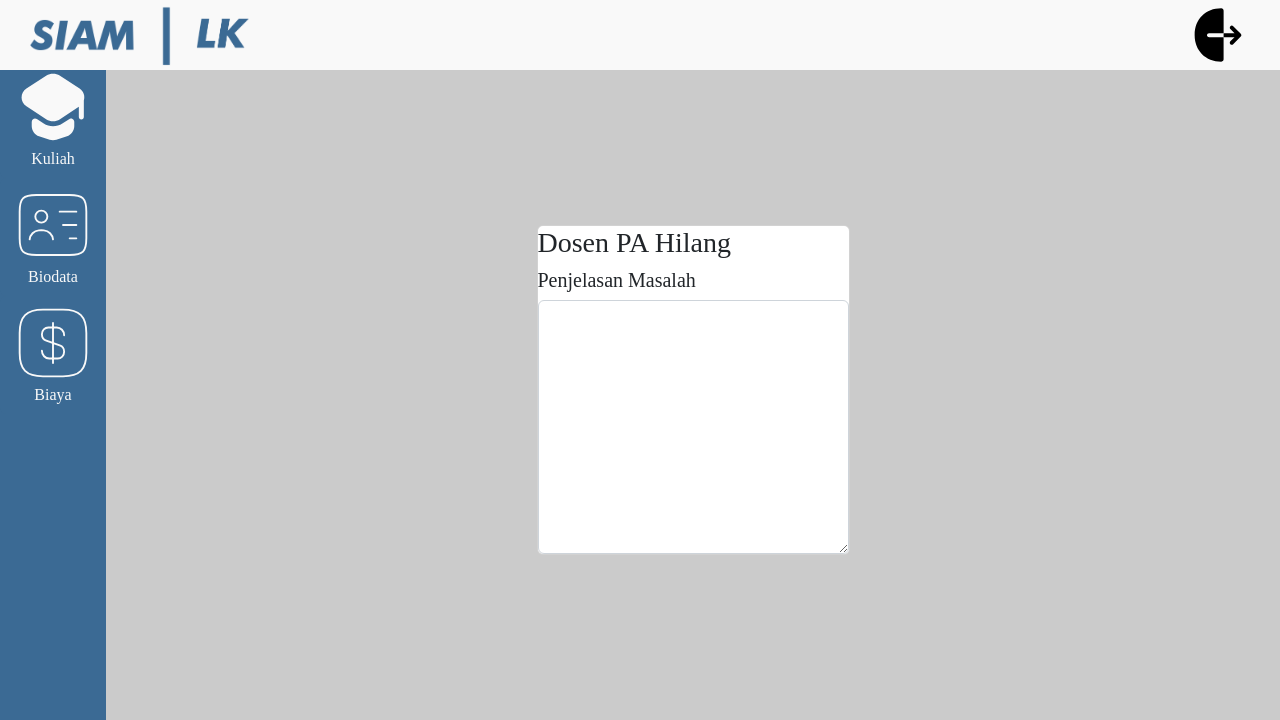
Repository: haikalirf/Project-IMK
Page: isitiket.html
These files come from the project's save history. The page is drawn as it stood at one moment and after the next save; the edit follows.
The browser window is 1280 px wide. The pictures show the whole page.
Some web fonts or font styles are not loaded; a fallback is used.

Above is the page before, as saved 2022-12-14 19:38:06.
Not found: scripts/.js

### isitiket.html
<!DOCTYPE html>
<html lang="en">
<head>
	<meta charset="UTF-8">
	<meta http-equiv="X-UA-Compatible" content="IE=edge">
	<meta name="viewport" content="width=device-width, initial-scale=1.0">
	<title>SIAM</title>
	<link rel="icon" href="/assets/logo_ub.ico">
	<link rel="stylesheet" href="https://cdn.jsdelivr.net/npm/bootstrap@5.2.3/dist/css/bootstrap.min.css" integrity="sha384-rbsA2VBKQhggwzxH7pPCaAqO46MgnOM80zW1RWuH61DGLwZJEdK2Kadq2F9CUG65" crossorigin="anonymous">
	<link rel="stylesheet" href="/styles/isitiket.css">
</head>
<body>
	<nav class="navbar" id="navbar">
		<div class="navbar-left">
			<a class="navbar-brand" href="/kuliah.html">
				<img class="navbar-image" src="/assets/SIAM.png" alt="SIAM">
			</a>
			<img src="/assets/Garis.svg" alt="">
			<a class="navbar-extra" href="kemahasiswaan.html">
				<img class="navbar-image" src="assets/LK.png" alt="Layanan Kemahasiswaan">
			</a>
		</div>
		<a class="navbar-link" href="landing.html">
			<img id="navbar-image" src="/assets/Logout.svg" alt="Logout">
		</a>
	</nav>
	<div class="mh-100" id="sidebar">
		<a class="btn" href="kuliah.html">
			<img id="sidebar-kuliah" src="/assets/Kuliah Logo.svg" alt="Kuliah">
			<label for="sidebar-kuliah">Kuliah</label>
		</a>
		<a class="btn" href="">
			<img id="sidebar-biodata" src="/assets/Biodata Logo Kosong.svg" alt="Biodata">
			<label for="sidebar-biodata">Biodata</label>
		</a>
		<a class="btn" href="">
			<img id="sidebar-biaya" src="/assets/Biaya Logo Kosong.svg" alt="Biaya">
			<label for="sidebar-biaya">Biaya</label>
		</a>
	</div>
	<main>
		<div class="card">
			<h3>Dosen PA Hilang</h3>
			<div class="form-group">
				<h5>Penjelasan Masalah</h5>
				<textarea  class="form-control" name="" id="" cols="30" rows="10"></textarea>
			</div>
		</div>
	</main>
	<script src="https://cdn.jsdelivr.net/npm/bootstrap@5.2.3/dist/js/bootstrap.bundle.min.js" integrity="sha384-kenU1KFdBIe4zVF0s0G1M5b4hcpxyD9F7jL+jjXkk+Q2h455rYXK/7HAuoJl+0I4" crossorigin="anonymous"></script>
	<script src="/scripts/.js"></script>
</body>
</html>

### styles/isitiket.css
/* CSS Reset */
/*
	Josh's Custom CSS Reset
	https://www.joshwcomeau.com/css/custom-css-reset/
*/
*, *::before, *::after {
	box-sizing: border-box;
}
  * {
	margin: 0;
}
html, body {
	height: 100%;
}
body {
	line-height: 1.5;
	-webkit-font-smoothing: antialiased;
}
img, picture, video, canvas, svg {
	display: block;
	max-width: 100%;
}
input, button, textarea, select {
	font: inherit;
}
p, h1, h2, h3, h4, h5, h6 {
	overflow-wrap: break-word;
}
#root, #__next {
	isolation: isolate;
}
/* CSS Reset ends */

body {
	background-color: #cbcbcb;
	font-family: 'readex';
	font-size: 16px;
}

@font-face {
	font-family: 'readex';
	src:url('/assets/fonts/ReadexPro-Medium.ttf');
}

#navbar {
	display: flex;
	justify-content: space-between;
	position: fixed;
	background-color: #f9f9f9;
	z-index: 1;
	width: 100%;
	padding: 0px 30px;
}

.navbar-left {
	display: flex;
	align-items: center;
}

.navbar-image {
	height: 50px;
}

.navbar-extra {
	padding-bottom: 5px;
	margin-left: 15px;
}

main {
	padding-top: 60px;
	padding-left: 106px;
	display: flex;
	flex-direction: column;
	justify-content: center;
	align-items: center;
	height: 100vh;
	gap: 20px;
}

#sidebar {
	background-color: #3b6a94;
	display: flex;
	flex-direction: column;
	flex: 1;
	position: fixed;
	height: 100vh;
	padding-top: 60px;
}

#sidebar a:hover {
	background-color: #266093;
}

#sidebar img {
	width: 80px;
	height: 80px;
}

a img, a label {
	color: #f9f9f9;
}

.btn {
	background-color: #3b6a94;
}

.btn:hover {
	background-color: #266093;
}

After the next save:
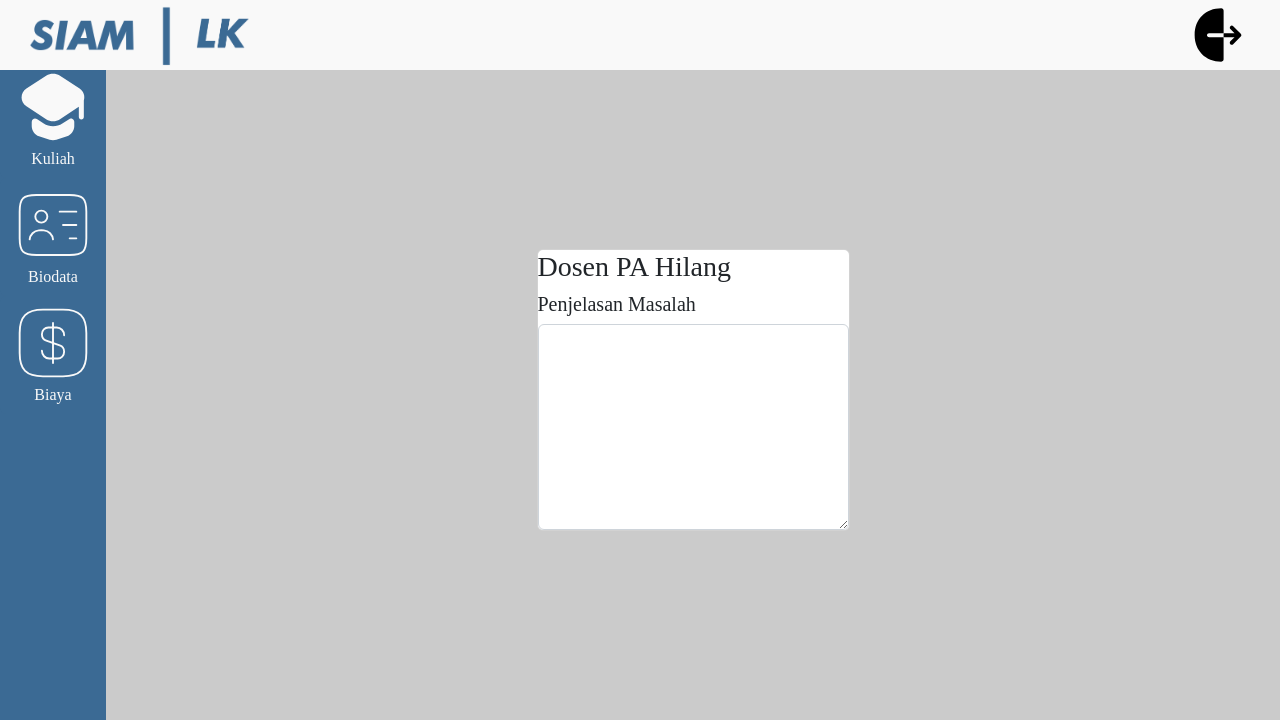
Saved 23 s later.
--- a/isitiket.html
+++ b/isitiket.html
@@ -43,7 +43,7 @@
 			<h3>Dosen PA Hilang</h3>
 			<div class="form-group">
 				<h5>Penjelasan Masalah</h5>
-				<textarea  class="form-control" name="" id="" cols="30" rows="10"></textarea>
+				<textarea  class="form-control" name="" id="" cols="30" rows="8"></textarea>
 			</div>
 		</div>
 	</main>
